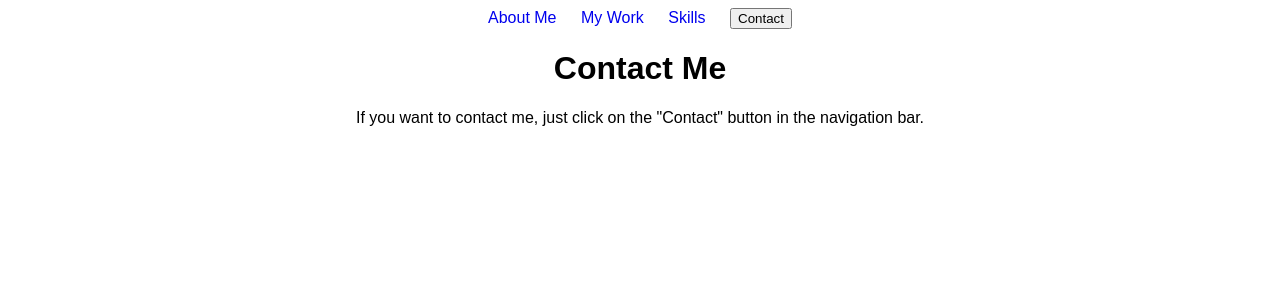
Repository: McBoatright/McBoatright.github.io
Page: contact.html
These files come from the project's save history. The page is drawn as it stood at one moment and after the next save; the edit follows.
The browser window is 1280 px wide. The pictures show the whole page.

Above is the page before, as saved 2024-06-17 15:18:24.

### contact.html
<!DOCTYPE html>
<html lang="en">
<head>
    <title>Contact</title>
    <link rel="stylesheet" type="text/css" href="style.css">
</head>
<body>
    <nav>
        <ul>
            <li><a href="index.html">About Me</a></li>
            <li><a href="index.html">My Work</a></li>
            <li><a href="index.html">Skills</a></li>
            <li><button onclick="location.href='mailto:michaelboatright@pm.me'">Contact</button></li>
        </ul>
    </nav>

    <h1>Contact Me</h1>
    <p>If you want to contact me, just click on the "Contact" button in the navigation bar.</p>
</body>
</html>

### style.css
body {
    font-family: Arial, sans-serif;
    text-align: center;
}

header {
    background-color: #f8f9fa;
    padding: 20px;
    text-align: center;
}

main {
    margin: 20px;
}

footer {
    background-color: #f8f9fa;
    padding: 10px;
    text-align: center;
}

.center {
    display: block;
    margin-left: auto;
    margin-right: auto;
}

nav ul {
    list-style-type: none;
    margin: 0;
    padding: 0;
    overflow: hidden;
    text-align: center;
}

nav li {
    display: inline;
    margin: 0 10px;
}

nav a {
    text-decoration: none;
}

After the next save:
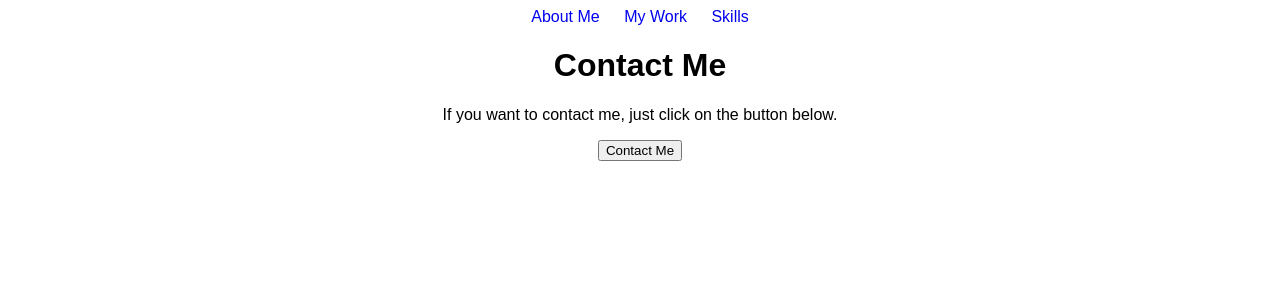
Saved 50 s later.
--- a/contact.html
+++ b/contact.html
@@ -10,11 +10,11 @@
             <li><a href="index.html">About Me</a></li>
             <li><a href="index.html">My Work</a></li>
             <li><a href="index.html">Skills</a></li>
-            <li><button onclick="location.href='mailto:michaelboatright@pm.me'">Contact</button></li>
         </ul>
     </nav>
 
     <h1>Contact Me</h1>
-    <p>If you want to contact me, just click on the "Contact" button in the navigation bar.</p>
+    <p>If you want to contact me, just click on the button below.</p>
+    <button onclick="location.href='mailto:michaelboatright@pm.me'">Contact Me</button>
 </body>
 </html>
